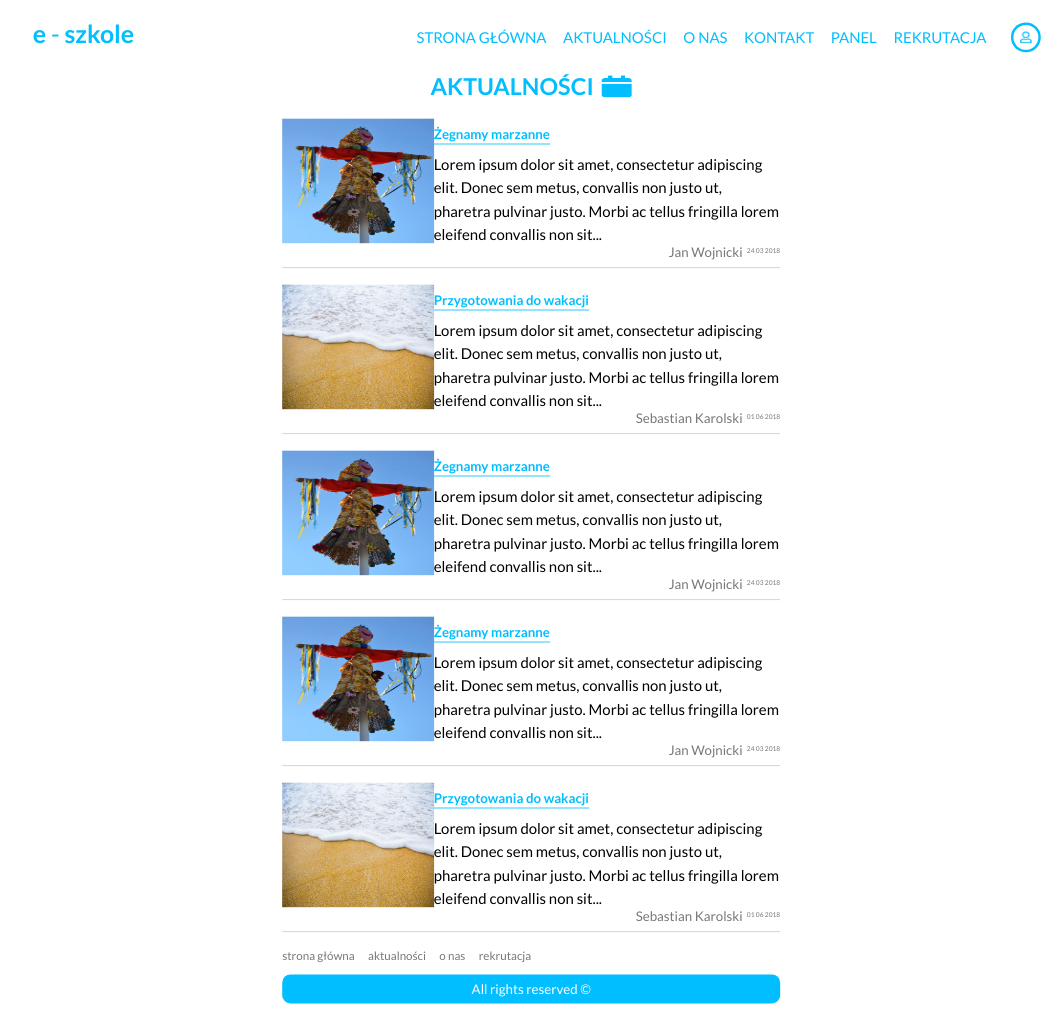
Repository: Votex874/e-szkole
Page: /blog (app in app/)
The author's editor kept a copy of each file at every save. The page is drawn from the files as they stood at one save, then again after the next save.
The browser window is 1280 px wide. The pictures show the whole page, at 83% of full size.
The project was rebuilt for these pictures with package versions that can differ from the ones it lists, and the page was loaded fresh each time. Also part of the build but not shown: app/src/components/News/Title/index.js, app/src/components/News/Content/index.js, app/src/components/News/Avatar/index.js, app/src/components/News/Footer/index.js, app/src/components/News/index.js, app/src/components/AboutUs/Content/index.js, app/src/components/AboutUs/index.js, app/src/components/Graduates/ListItem/index.js and 11 more.

Above is the page before, as saved 2019-03-05 19:30:34.

After the next save:
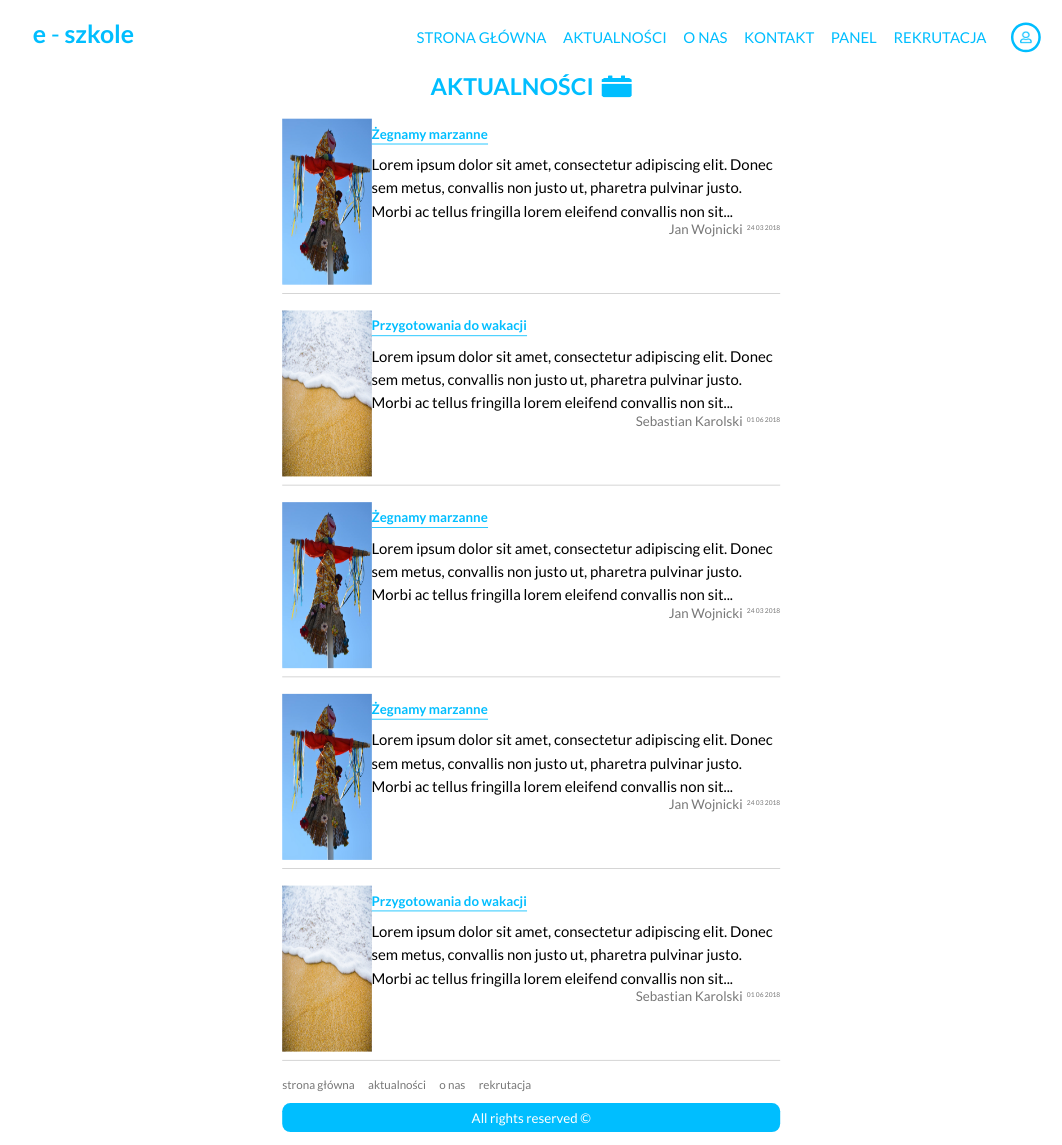
Saved 39 s later.
--- a/app/src/components/Blog/Post/Avatar/index.js
+++ b/app/src/components/Blog/Post/Avatar/index.js
@@ -10,6 +10,10 @@ const ContainerImg = styled.div`
   width: 100%;
   height: 150px;
   margin: 0 auto;
+  @media (min-width: 768px) and (max-width: 1400px){
+    width: 300px;
+    height: 200px;
+  }
 `
 
 const Avatar = ({ img }) => {
